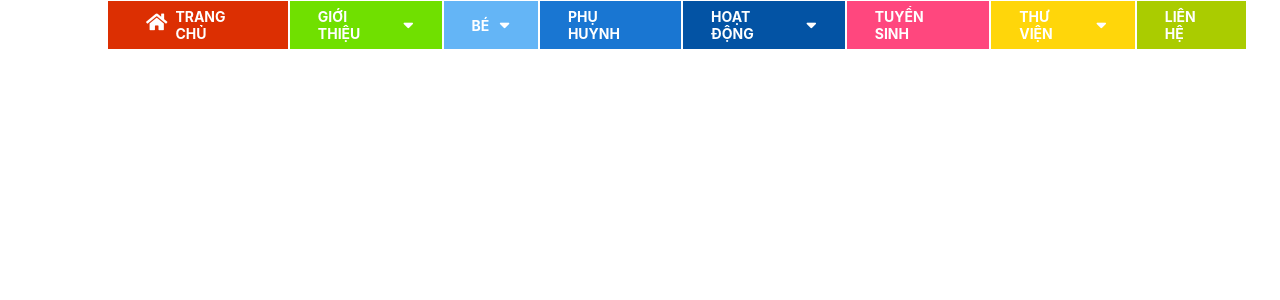
Repository: Luong-tung/mamnonAnhDuong
Page: index3.html
An editor plug-in stored every save of this project. The page is shown before and after the next save, followed by the edit.
The browser window is 1280 px wide. The pictures show the whole page.
Some web libraries are served in a nearby version.

Above is the page before, as saved 2021-10-08 07:48:09.

After the next save:
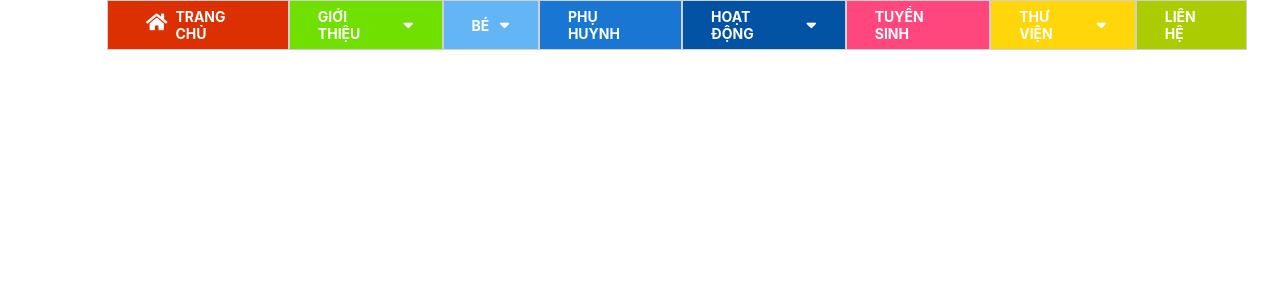
Saved 70 s later.
--- a/iu3.css
+++ b/iu3.css
@@ -8,7 +8,7 @@
     height: 48px;
     display: flex;
     align-items: center;
-    border: 1px solid white;
+    border: 1px solid #fff;
 }
 
 .main .navbar ul{
@@ -23,7 +23,7 @@
     height: 48px;
     background: cornflowerblue;
     padding: 0 28px;
-    border: 1px solid white;
+    border: 1px solid rgb(209, 208, 208);
 }
 .main .navbar ul .navbar-home i{
     font-size: 19px;
